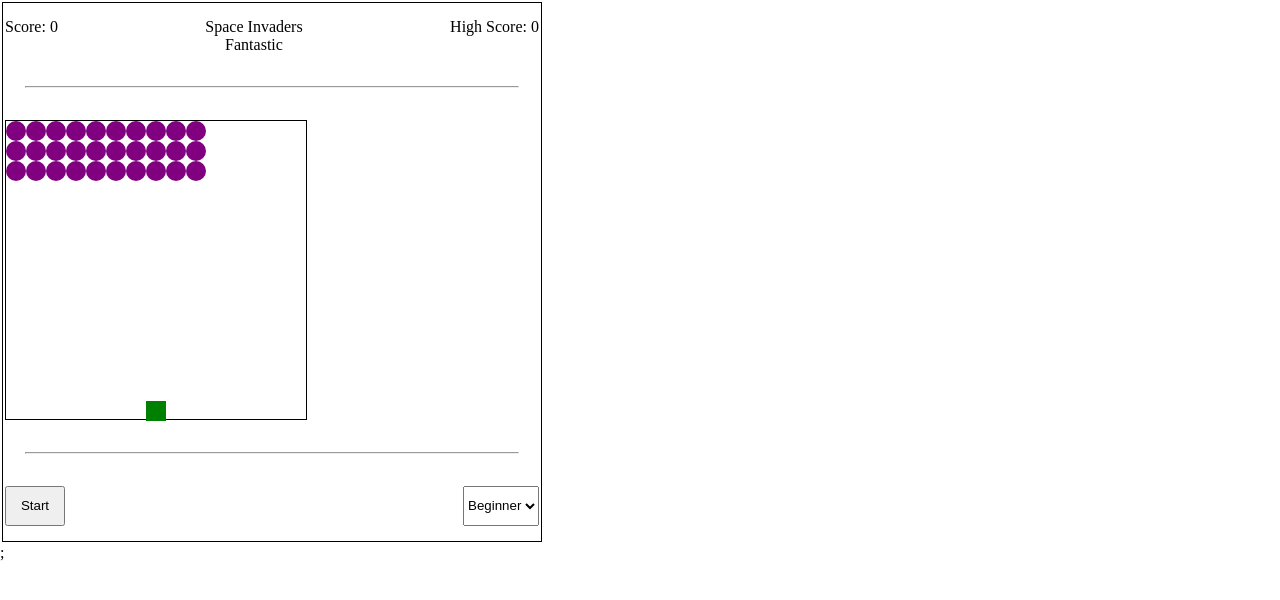
Repository: baziz22/Vanilla_JS_Projects
Page: space invaders/index.html
These files come from the project's save history. The page is drawn as it stood at one moment and after the next save; the edit follows.
The browser window is 1280 px wide. The pictures show the whole page.

Above is the page before, as saved 2022-02-20 01:50:17.

### space invaders/index.html
<!DOCTYPE html>
<html lang="en">
  <head>
    <meta charset="UTF-8" />
    <meta http-equiv="X-UA-Compatible" content="IE=edge" />
    <meta name="viewport" content="width=device-width, initial-scale=1.0" />
    <link rel="stylesheet" href="style.css" />
    <title>Space Invaders</title>
  </head>
  <body>
    <div id="scene">
      <div id="scene-header">
        <div>Score: <span id="score">0</span></div>
        <div id="scene-messages">
          <div id="game-title">Space Invaders</div>
          <div id="messages">Fantastic</div>
        </div>

        <div>High Score: <span id="high-score">0</span></div>
      </div>
      <hr />
      <div id="scene-body">
        <div class="grid"></div>
      </div>
      <hr />
      <div id="scene-footer">
        <button id="start-btn">Start</button>
        <select id="level" title="levels">
          <option value="beginner">Beginner</option>
          <option value="medium">Medium</option>
          <option value="hard">Hard</option>
        </select>
      </div>
    </div>
    ;

    <script src="script.js"></script>
  </body>
</html>

### space invaders/style.css
* {
  padding: 0;
  margin: 0;
  box-sizing: border-box;
}
#scene {
  max-width: 75vh;
  min-height: 75vh;
  padding: 2px;
  margin: 2px;
  border: 1px solid black;
  display: flex;
  flex-direction: column;
  justify-content: space-around;
}
#scene-header {
  display: flex;
  justify-content: space-between;
}
#scene-messages {
  display: flex;
  flex-direction: column;
  justify-items: center;
  text-align: center;
  align-items: center;
}

#scene-body {
}
#scene-footer {
  display: flex;
  justify-content: space-between;
}

#start-btn {
  width: 60px;
  height: 40px;
}

hr {
  margin: 5px 20px;
}

.grid {
  max-width: 302px;
  height: 300px;
  border: 1px solid black;
  display: flex;
  flex-wrap: wrap;
}
.grid div {
  width: 20px;
  height: 20px;
}
.invader {
  background-color: purple;
  border-radius: 10px;
}
.shooter {
  background-color: green;
}

### space invaders/script.js
const grid = document.querySelector('.grid');
let currentShooterIndex = 217;
let width = 15;

for (let i = 0; i < 225; i++) {
  const square = document.createElement('div');
  grid.appendChild(square);
}
const squares = Array.from(document.querySelectorAll('.grid div'));

const alienInvaders = [
  0, 1, 2, 3, 4, 5, 6, 7, 8, 9, 15, 16, 17, 18, 19, 20, 21, 22, 23, 24, 30, 31,
  32, 33, 34, 35, 36, 37, 38, 39,
];
function draw() {
  for (let i = 0; i < alienInvaders.length; i++) {
    squares[alienInvaders[i]].classList.add('invader');
  }
}
draw();
squares[currentShooterIndex].classList.add('shooter');

function moveShooter(e) {
  squares[currentShooterIndex].classList.remove('shooter');
  switch (e.key) {
    case 'ArrowLeft':
      if (currentShooterIndex % width !== 0) currentShooterIndex -= 1;
      break;
    case 'ArrowRight':
      if (currentShooterIndex % width < width - 1) currentShooterIndex += 1;
      break;
  }
  // redraw the shooter in its new position
  squares[currentShooterIndex].classList.add('shooter');
}
document.addEventListener('keydown', moveShooter);

After the next save:
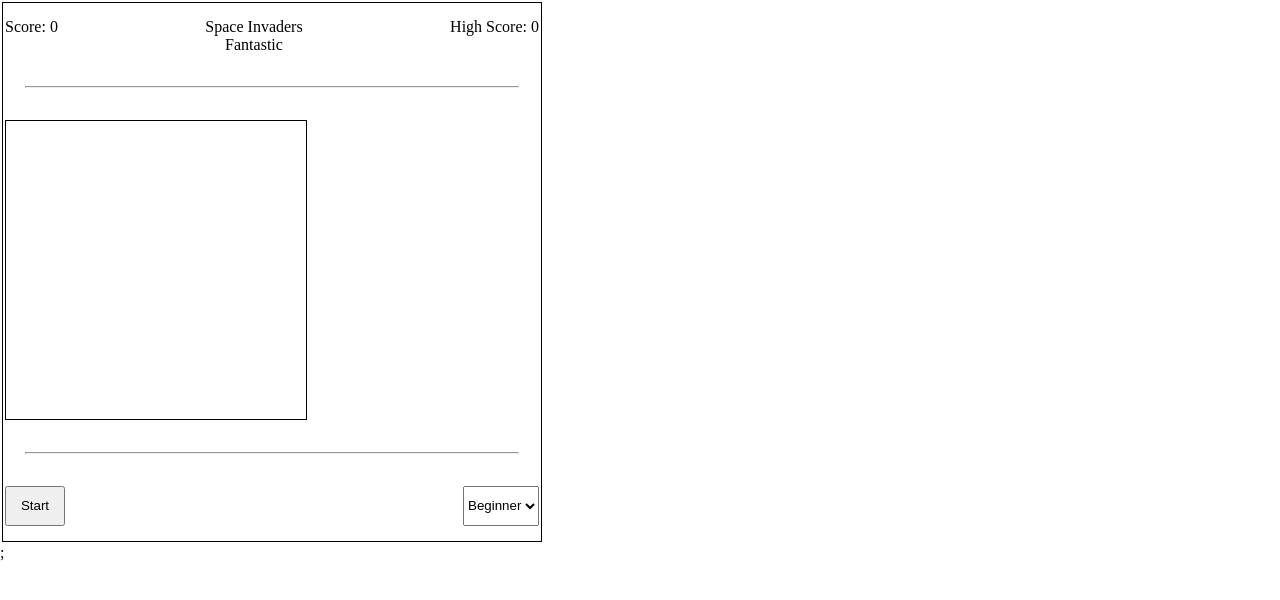
Console error: SyntaxError: Unexpected identifier 'interval'
Saved 15 min 22 s later.
--- a/space invaders/script.js
+++ b/space invaders/script.js
@@ -18,7 +18,16 @@
   }
 }
 draw();
+
+function remove() {
+  for (let i = 0; i < alienInvaders.length; i++) {
+    squares[alienInvaders[i]].classList.remove('invader');
+  }
+}
+
 squares[currentShooterIndex].classList.add('shooter');
+
+
 
 function moveShooter(e) {
   squares[currentShooterIndex].classList.remove('shooter');
@@ -34,3 +43,15 @@
   squares[currentShooterIndex].classList.add('shooter');
 }
 document.addEventListener('keydown', moveShooter);
+
+function moveInvaders() {
+    const leftEdge = alienInvaders[0] % width === 0;
+    const rightEdge = alienInvaders[alienInvaders.length - 1] % width === width - 1;
+    remove();
+
+    for (let i = 0; i < alienInvaders.length; i++) {
+        alienInvaders[i] += 1
+    }
+    draw()
+}
+set interval(moveInvaders, 500)

After the save that followed:
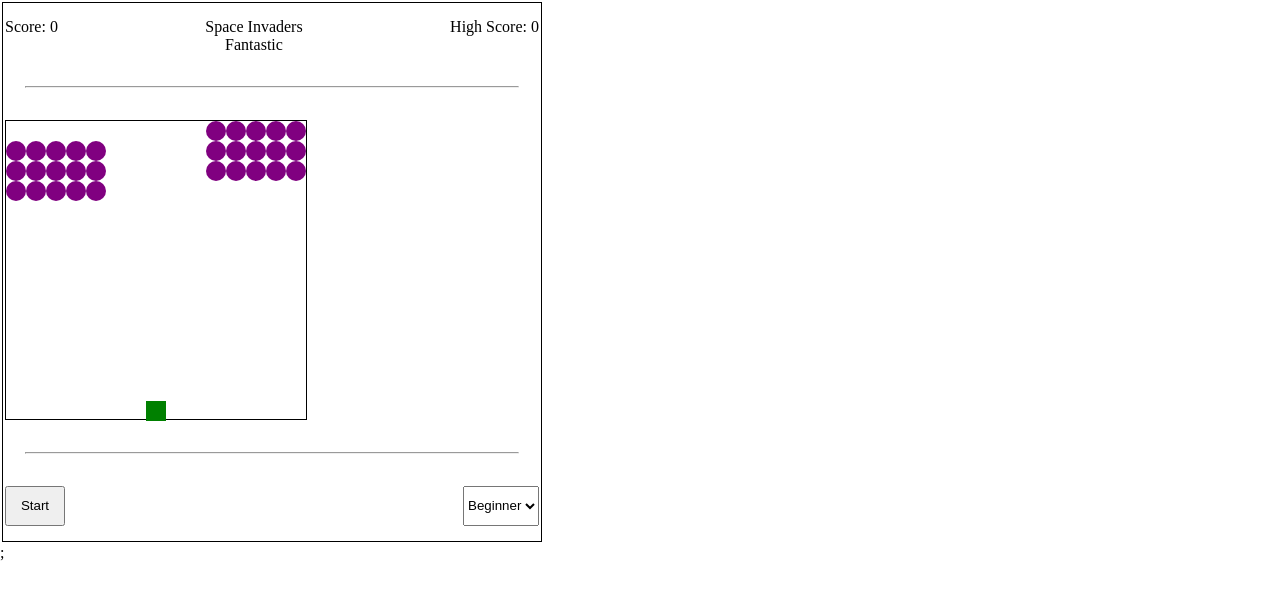
The error is gone.
Saved 42 s later.
--- a/space invaders/script.js
+++ b/space invaders/script.js
@@ -27,8 +27,6 @@
 
 squares[currentShooterIndex].classList.add('shooter');
 
-
-
 function moveShooter(e) {
   squares[currentShooterIndex].classList.remove('shooter');
   switch (e.key) {
@@ -45,13 +43,14 @@
 document.addEventListener('keydown', moveShooter);
 
 function moveInvaders() {
-    const leftEdge = alienInvaders[0] % width === 0;
-    const rightEdge = alienInvaders[alienInvaders.length - 1] % width === width - 1;
-    remove();
+  const leftEdge = alienInvaders[0] % width === 0;
+  const rightEdge =
+    alienInvaders[alienInvaders.length - 1] % width === width - 1;
+  remove();
 
-    for (let i = 0; i < alienInvaders.length; i++) {
-        alienInvaders[i] += 1
-    }
-    draw()
+  for (let i = 0; i < alienInvaders.length; i++) {
+    alienInvaders[i] += 1;
+  }
+  draw();
 }
-set interval(moveInvaders, 500)
+setInterval(moveInvaders, 500);
